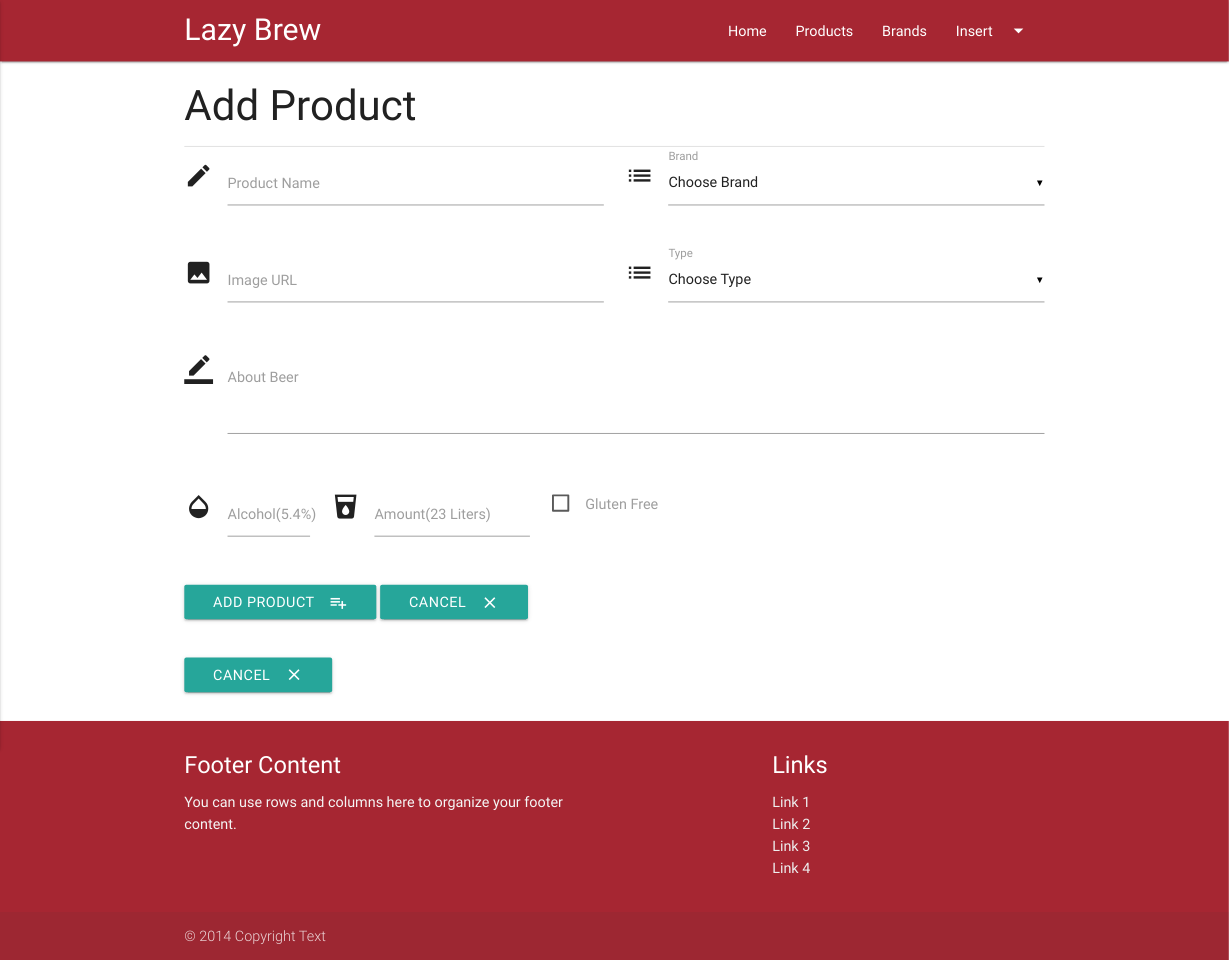
Repository: Leon2ev/lazy-brew
Page: http://localhost/add_product
The author's editor kept a record of every edit. The page is drawn from the files as they stood at one moment, then again after the next edit.
The browser window is 1280 px wide. The pictures show the whole page, at 96% of full size.
Some web libraries are served in a nearby version. The page is served by the project's application, run on Flask 3 (app.py). Queries for data that is not in the repository find no rows.

Above is the page before.

### templates/addproduct.html
{% extends 'base.html' %}
{% block content %}
    <div class="container">
        <h3>Add Product</h3>
        <div class="divider"></div>
        <form action="{{url_for('insert_product')}}" method="POST" class="add-product col s12">
            <div class="row">
                <div class="input-field col s12 l6">
                    <i class="material-icons prefix">create</i>
                    <input id="name" name="name" type="text" class="validate">
                    <label for="icon_prefix">Product Name</label>
                </div>
                <div class="input-field col s12 l6">
                    <i class="material-icons prefix">list</i>
                    <select id="brand_id" name="brand_id">
                        <option value="" disabled selected>Choose Brand</option>
                        {% for brand in brands %}
                            <option value={{brand._id}}>{{brand.name}}</option>
                        {% endfor %}
                    </select>
                    <label>Brand</label>
                </div>
            </div>
            <div class="row">
                <div class="input-field col s12 l6">
                    <i class="material-icons prefix">insert_photo</i>
                    <input id="image_url" name="image_url" type="text" class="validate">
                    <label for="icon_prefix">Image URL</label>
                </div>
                <div class="input-field col s12 l6">
                    <i class="material-icons prefix">list</i>
                    <select id="type_id" name="type_id">
                        <option value="" disabled selected>Choose Type</option>
                        {% for type in types %}
                            <option value="{{type._id}}">{{type.name}}</option>
                        {% endfor %}
                    </select>
                    <label>Type</label>
                </div>
            </div>
            <div class="row">
                <div class="input-field col s12">
                    <i class="material-icons prefix">border_color</i>
                    <textarea id="textarea1" name="about" class="materialize-textarea"></textarea>
                    <label for="icon_prefix">About Beer</label>
                </div>
            </div>
            <div class="row">
                <div class="input-field col s12 l2">
                    <i class="material-icons prefix">opacity</i>
                    <input id="abv" name="abv" type="text" class="validate">
                    <label for="icon_prefix">Alcohol(5.4%)</label>
                </div>
                <div class="input-field col s12 l3">
                    <i class="material-icons prefix">local_drink</i>
                    <input id="amount" name="amount" type="text" class="validate">
                    <label for="icon_prefix">Amount(23 Liters)</label>
                </div>
                <div class="col s12 l2">
                    <p>
                        <input type="checkbox" id="gluten" name="gluten"/>
                        <label for="gluten">Gluten Free</label>
                    </p>
                </div>
            </div>
            <div class="row">
                <div class="col s12">
                    <button class="btn waves-effect waves-light" type="submit">Add Product
                        <i class="material-icons right">playlist_add</i>
                    </button>
                    <a class="waves-effect waves-light btn modal-trigger" href="#modal1">Cancel
                        <i class="material-icons right">clear</i>
                    </a>
                </div>
            </div>
        </form>
        <div class="row">
            <div class="col s12">
                <a class="waves-effect waves-light btn modal-trigger" href="#modal1">Cancel
                    <i class="material-icons right">clear</i>
                </a>
            </div>
            <div id="modal1" class="modal">
                <div class="modal-content">
                    <h4>Are you agree to cancel?</h4>
                    <p>All changes will be lost and you will go back to description page.</p>
                </div>
                <div class="modal-footer">
                    <a href="#!" class="modal-action modal-close waves-effect waves-green btn-flat">Go Back</a>
                    <a href="{{url_for('get_products')}}" class="modal-action modal-close waves-effect waves-green btn-flat">Agree</a>
                </div>
            </div>
        </div>
    </div>
{% endblock %}

### templates/base.html
<!DOCTYPE html>
<html lang="en">
    <head>
        <meta charset="UTF-8">
        <meta name="viewport" content="width=device-width, initial-scale=1.0">
        <meta http-equiv="X-UA-Compatible" content="ie=edge">

        <title>Document</title>

        <link href="https://fonts.googleapis.com/icon?family=Material+Icons" rel="stylesheet">
        <link rel="stylesheet" href="https://cdnjs.cloudflare.com/ajax/libs/materialize/0.100.2/css/materialize.min.css">
        <link rel="stylesheet" href="{{url_for('static', filename='css/style.css')}}" type="text/css">
    </head>
    <body>
        <header>
            <nav class="navbar">
                <div class="container nav-wrapper">
                    <a href="{{url_for('home_page')}}" class="brand-logo">Lazy Brew</a>
                    <a href="#" data-activates="mobile-demo" class="button-collapse"><i class="material-icons">menu</i></a>
                    <ul class="right hide-on-med-and-down">
                        <li><a href="{{url_for('home_page')}}">Home</a></li>
                        <li><a href="{{url_for('get_products')}}">Products</a></li>
                        <li><a href="{{url_for('get_brands')}}">Brands</a></li>
                        <!-- Dropdown Trigger -->
                        <li><a class="dropdown-button" href="#!" data-activates="dropdown1">Insert<i class="material-icons right">arrow_drop_down</i></a></li>
                    </ul>
                    <!-- Dropdown Structure -->
                    <ul id="dropdown1" class="dropdown-content">
                        <li><a href="{{url_for('add_product')}}">Insert Product</a></li>
                        <li class="divider"></li>
                        <li><a href="{{url_for('add_brand')}}">Insert Brand</a></li>
                    </ul>
                    <ul class="side-nav" id="mobile-demo">
                        <li><a href="{{url_for('home_page')}}">Home</a></li>
                        <li><a href="{{url_for('get_products')}}">Products</a></li>
                        <li><a href="{{url_for('get_brands')}}">Brands</a></li>
                        <!-- Mobile Dropdown Trigger -->
                        <li><a class="dropdown-button" href="#!" data-activates="dropdown2">Insert<i class="material-icons right">arrow_drop_down</i></a></li>

                    </ul>
                    <!-- Dropdown Structure -->
                    <ul id="dropdown2" class="dropdown-content">
                        <li><a href="{{url_for('add_product')}}">Insert Product</a></li>
                        <li class="divider"></li>
                        <li><a href="{{url_for('add_brand')}}">Insert Brand</a></li>
                    </ul>
                </div>
            </nav>
        </header>
        {% block content %}{% endblock %}
        <footer class="page-footer">
            <div class="container">
                <div class="row">
                    <div class="col l6 s12">
                        <h5 class="white-text">Footer Content</h5>
                        <p class="grey-text text-lighten-4">You can use rows and columns here to organize your footer content.</p>
                    </div>
                    <div class="col l4 offset-l2 s12">
                        <h5 class="white-text">Links</h5>
                        <ul>
                            <li><a class="grey-text text-lighten-3" href="#!">Link 1</a></li>
                            <li><a class="grey-text text-lighten-3" href="#!">Link 2</a></li>
                            <li><a class="grey-text text-lighten-3" href="#!">Link 3</a></li>
                            <li><a class="grey-text text-lighten-3" href="#!">Link 4</a></li>
                        </ul>
                    </div>
                </div>
            </div>
            <div class="footer-copyright">
                <div class="container">
                    © 2014 Copyright Text
                </div>
            </div>
        </footer>
        <script src="https://cdnjs.cloudflare.com/ajax/libs/jquery/3.2.1/jquery.min.js"></script>
        <script src="https://cdnjs.cloudflare.com/ajax/libs/materialize/0.100.2/js/materialize.min.js"></script>
        <script type="text/javascript">
            $(document).ready(function() {
                $('select').material_select();
                $(".button-collapse").sideNav();
                $(".dropdown-button").dropdown({
                    belowOrigin: true
                    }
                );
                $('.modal').modal();
            });
        </script>
    </body>
</html>

### app.py
import os
from flask import Flask, render_template, redirect, request, url_for
from flask_pymongo import PyMongo
from bson.objectid import ObjectId

app = Flask(__name__)

# Connection to MongoDB

app.config["MONGO_DBNAME"] = 'beer_brewing'
app.config["MONGO_URI"] = os.getenv('MONGO_URI', 'mongodb://localhost')

mongo = PyMongo(app)

# App routes ------------------------------------------------------------

@app.route('/')

# Home page

@app.route('/home_page')
def home_page():
    return render_template("index.html",
    types=mongo.db.types.find())
# Product Routes
# Product selection

@app.route('/get_products')
def get_products():
    return render_template("products.html",
    products=mongo.db.products.find())

# Single product description

@app.route('/get_description/<product_id>')
def get_description(product_id):
    return render_template("description.html",
    brands=mongo.db.brands.find(),
    types=mongo.db.types.find(),
    product=mongo.db.products.find_one({"_id": ObjectId(product_id)}))

# Add product

@app.route('/add_product')
def add_product():
    return render_template("addproduct.html",
    brands=mongo.db.brands.find(),
    types=mongo.db.types.find())

# Proceed inserted data to mongo

@app.route('/insert_product', methods=["POST"])
def insert_product():
    products=mongo.db.products
    brand_id = request.form.get('brand_id')
    type_id = request.form.get('type_id')
    dictionary = {
        'name': request.form.get('name'),
        'brand_id': ObjectId(brand_id),
        'image_url': request.form.get('image_url'),
        'type_id': ObjectId(type_id),
        'about': request.form.get('about'),
        'abv': request.form.get('abv'),
        'amount': request.form.get('amount'),
        'gluten': request.form.get('gluten')
    }

    products.insert_one(dictionary)
    return redirect(url_for('get_products'))

# Edit product

@app.route('/edit_product/<product_id>')
def edit_product(product_id):
    return render_template("editproduct.html",
    product=mongo.db.products.find_one({"_id": ObjectId(product_id)}),
    brands=mongo.db.brands.find(),
    types=mongo.db.types.find())

# Update product

@app.route('/update_product/<product_id>', methods=["POST"])
def update_product(product_id):
    products=mongo.db.products
    brand_id = request.form.get('brand_id')
    type_id = request.form.get('type_id')
    products.update({'_id': ObjectId(product_id)},
    {
        'name': request.form.get('name'),
        'brand_id': ObjectId(brand_id),
        'image_url': request.form.get('image_url'),
        'type_id': ObjectId(type_id),
        'about': request.form.get('about'),
        'abv': request.form.get('abv'),
        'amount': request.form.get('amount'),
        'gluten': request.form.get('gluten')
    })
    return redirect(url_for('get_products'))

# Delete product

@app.route('/delete_product/<product_id>')
def delete_product(product_id):
    mongo.db.products.remove({'_id': ObjectId(product_id)})
    return redirect(url_for('get_products'))

# Brand Routes
# Add Brand

@app.route('/get_brands')
def get_brands():
    return render_template("brands.html",
    brands=mongo.db.brands.find())

@app.route('/add_brand')
def add_brand():
    return render_template("addbrand.html")

# Proceed inserted data to mongo

@app.route('/insert_brand', methods=["POST"])
def insert_brand():
    brands=mongo.db.brands
    brands.insert_one(request.form.to_dict())
    return redirect(url_for('get_brands'))

# Edit brand

@app.route('/edit_brand/<brand_id>')
def edit_brand(brand_id):
    return render_template("editbrand.html",
    brand=mongo.db.brands.find_one({"_id": ObjectId(brand_id)}))

# Update brand

@app.route('/update_brand/<brand_id>', methods=["POST"])
def update_brand(brand_id):
    brands=mongo.db.brands
    brands.update({'_id': ObjectId(brand_id)},
    {
        'name': request.form.get('name'),
        'country': request.form.get('country'),
        'website_URL': request.form.get('website_URL'),
        'instruction_URL': request.form.get('instruction_URL'),
    })
    return redirect(url_for('get_brands'))

# Delete brand

@app.route('/delete_brand/<brand_id>')
def delete_brand(brand_id):
    mongo.db.brands.remove({'_id': ObjectId(brand_id)})
    return redirect(url_for('get_brands'))

if __name__ == "__main__":
    app.run(host=os.environ.get('IP'),
        port=int(os.environ.get('PORT')),
        debug=True)

### static/css/style.css
/*Background image Homepage*/
.bg-img {
    background-image: url(https://i.imgur.com/lFnh2xG.jpg);
    background-repeat: no-repeat;
    background-position: center center;
    background-attachment: fixed;
    background-size: cover;
    background-color: black;
    height: 100%;
    padding-top: 50px;
    padding-bottom: 50px;
}

/*Content home page*/
.bg-content {
    background-color: rgb(0,0,0, 0.5);
    color: white;
    border-radius: 10px;
}

/*Navbar*/
.navbar {
    background-color: #a62632;
}

/*Footer*/
.page-footer {
    background-color: #a62632;
}

/*Button*/
.btn {
    margin-top: 10px;
    margin-bottom: 10px;
}

.btn-flat {
    margin-top: 10px;
    margin-bottom: 10px;
}

/*Cards Products page*/
.card.medium .card-image {
    max-height: 65%;
}

.card.medium .card-content {
    padding: 15px;
}

.card .card-action a:not(.btn):not(.btn-large):not(.btn-large):not(.btn-floating) {
    color: #26a69a;
}

/*Description page*/

.description-container {
    margin-top: 35px;
    margin-bottom: 35px;
}

.description-img {
    width: 100%;
    height: auto;
}

/*Edit product*/

.edit-product {
    margin-top: 20px;
}

After the next edit:
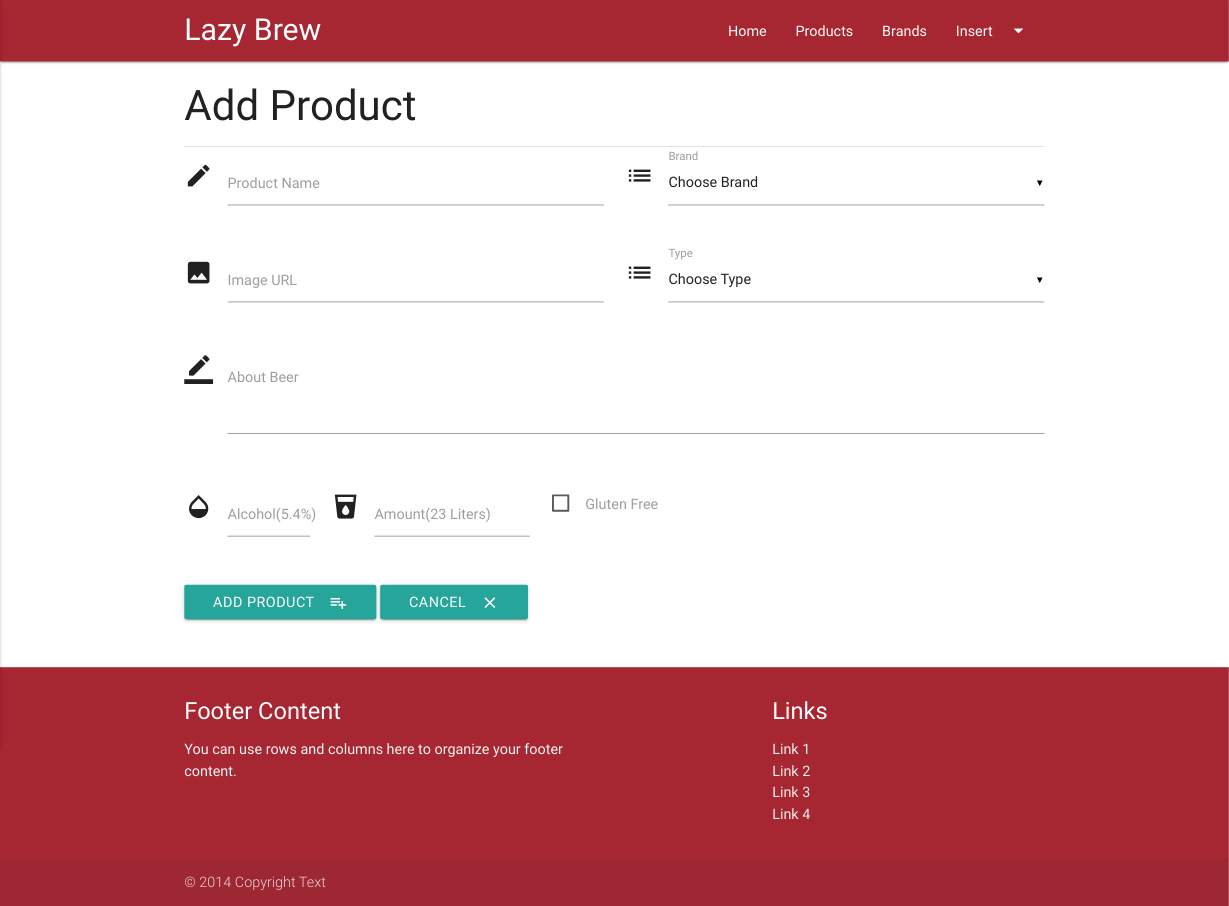
The edit:
--- a/templates/addproduct.html
+++ b/templates/addproduct.html
@@ -75,11 +75,6 @@
             </div>
         </form>
         <div class="row">
-            <div class="col s12">
-                <a class="waves-effect waves-light btn modal-trigger" href="#modal1">Cancel
-                    <i class="material-icons right">clear</i>
-                </a>
-            </div>
             <div id="modal1" class="modal">
                 <div class="modal-content">
                     <h4>Are you agree to cancel?</h4>
